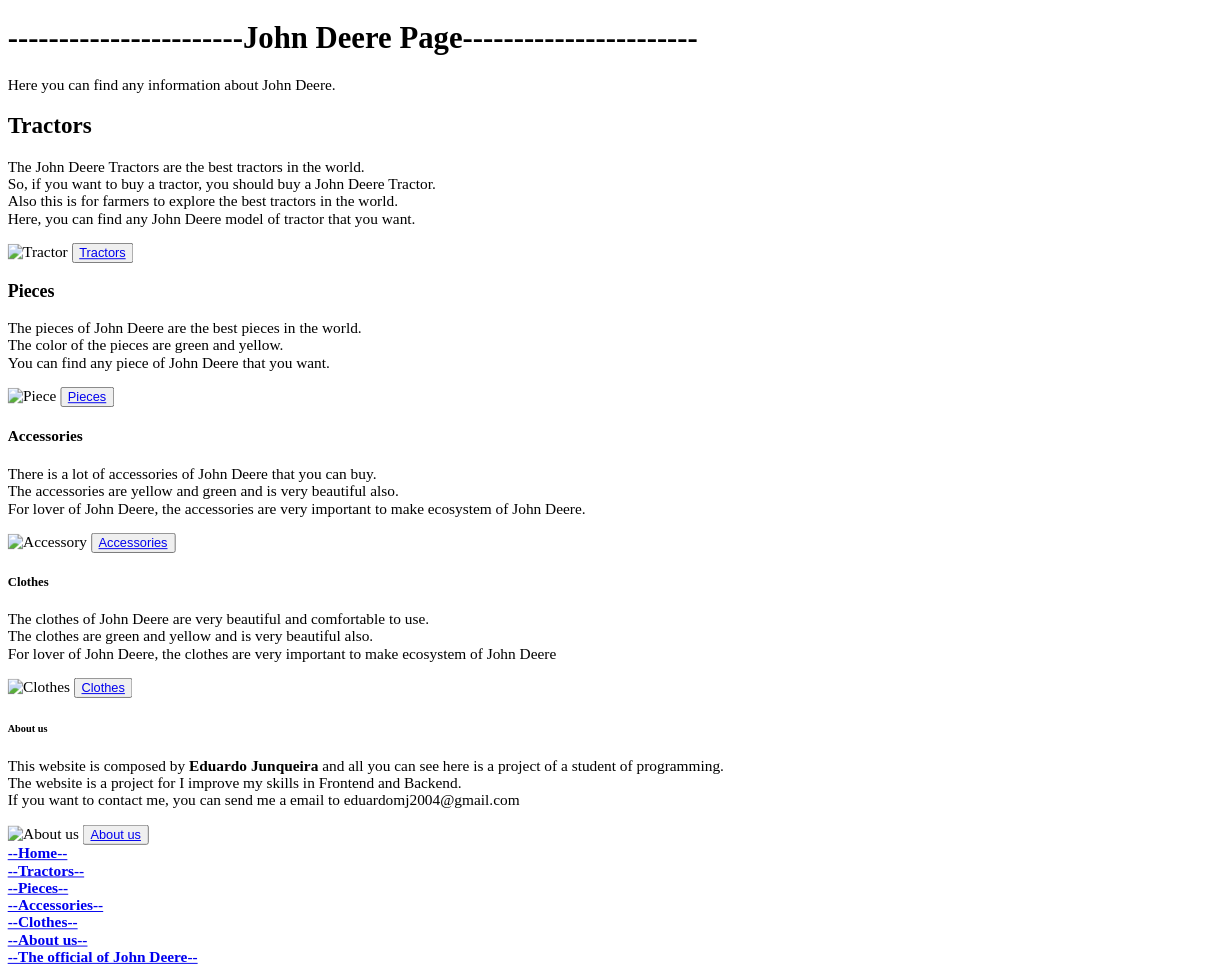
Repository: EduardoJunqueira2004/WEBJohnDeere
Page: HTML/index.html
An editor plug-in stored every save of this project. The page is shown before and after a run of saves, followed by the edit.
The browser window is 1280 px wide. The pictures show the whole page, at 96% of full size.

Above is the page before, as saved 2024-12-07 15:34:15.

### HTML/index.html
<!DOCTYPE html>
<!-- HTML5 default-->
<!--Language always in English-->
<html lang="en">
<head>
    <meta charset="UTF-8">
    <meta name="viewport" content="width=device-width, initial-scale=1.0">
    <!--Home Page of the WebSite-->
    <title>Index.html</title>
    <!--CSS file for styling the webpage -->
    <link rel="stylesheet" href="/CSS/index.css">
</head>
<body>
<main>

    <!--header1 titulo-->
    <h1>-----------------------<strong>John Deere Page</strong>-----------------------</h1>
    <p>
        Here you can find any information about John Deere.
    </p>
    <!--header2 subtitulo-->
<section>
    <h2><strong>Tractors</strong></h2>
    <p>
        The John Deere Tractors are the best tractors in the world.<br>
        So, if you want to buy a tractor, you should buy a John Deere Tractor.<br>
        Also this is for farmers to explore the best tractors in the world.<br>
        Here, you can find any John Deere  model of tractor that you want.
    </p>
    <img src="" alt="Tractor" width="50" height="50" >
    <button><a href="tractors.html">Tractors</a></button>
</section>
    <!--header3 subtitulo-->
    <h3><strong>Pieces</strong></h3>
    <p>
        The pieces of John Deere are the best pieces in the world.<br>
        The color of the pieces are green and yellow.<br>
        You can find any piece of John Deere that you want.
    </p>
    <img src="" alt="Piece" width="50" height="50">
    <button><a href="pieces.html">Pieces</a></button>
    <!--header4 subtitulo-->
    <h4><strong>Accessories</strong></h4>
    <p>
        There is a lot of accessories of John Deere that you can buy.<br>
        The accessories are yellow and green and is very beautiful also.<br>
        For lover of John Deere, the accessories are very important to make ecosystem of John Deere.
    </p>
    <img src="" alt="Accessory" width="50" height="50">
    <button><a href="accessories.html">Accessories</a></button>
    <!--header5 subtitulo-->
    <h5><strong>Clothes</strong></h5>
    <p>
        The clothes of John Deere are very beautiful and comfortable to use.<br>
        The clothes are green and yellow and is very beautiful also.<br>
        For lover of John Deere, the clothes are very important to make ecosystem of John Deere
    </p>
    <img src="" alt="Clothes" width="50" height="50">
    <button><a href="clothes.html">Clothes</a></button>
    <!--header6 subtitulo-->
    <h6><strong>About us</strong></h6>
    <p>
        This website is  composed by <strong>Eduardo Junqueira</strong> and all you can see here is a project of a student of programming.<br>
        The website is a project for I improve my skills in Frontend and Backend.<br>
        If you want to contact me, you can send me a email to eduardomj2004@gmail.com<br>
    </p>
    <img src="" alt="About us" width="50" height="50">
    <button><a href="aboutus.html">About us</a></button>
</main>
    <!--Final of the page footer-->
    <footer>
        <div id="block1">
        <a href="index.html"><strong>--Home--</strong></a>
        </div>
        <div id="block2">
        <a href="tractors.html"><strong>--Tractors--</strong></a>
        </div>
        <div id="block3">
        <a href="pieces.html"><strong>--Pieces--</strong></a>
        </div>
        <div id="block4">
        <a href="accessories.html"><strong>--Accessories--</strong></a>
        </div>
        <div id="block5">
        <a href="clothes.html"><strong>--Clothes--</strong></a>
        </div>
        <div id="block6">
        <a href="aboutus.html"><strong>--About us--</strong></a>
        </div>
        <a href="https://www.deere.com/en/"> <strong>--The official of John Deere--</strong></a>
    </footer>
</body>
</html>

Loaded but not shown: CSS/index.css (no copy from this time; the picture is the same without it)

After the next 2 saves:
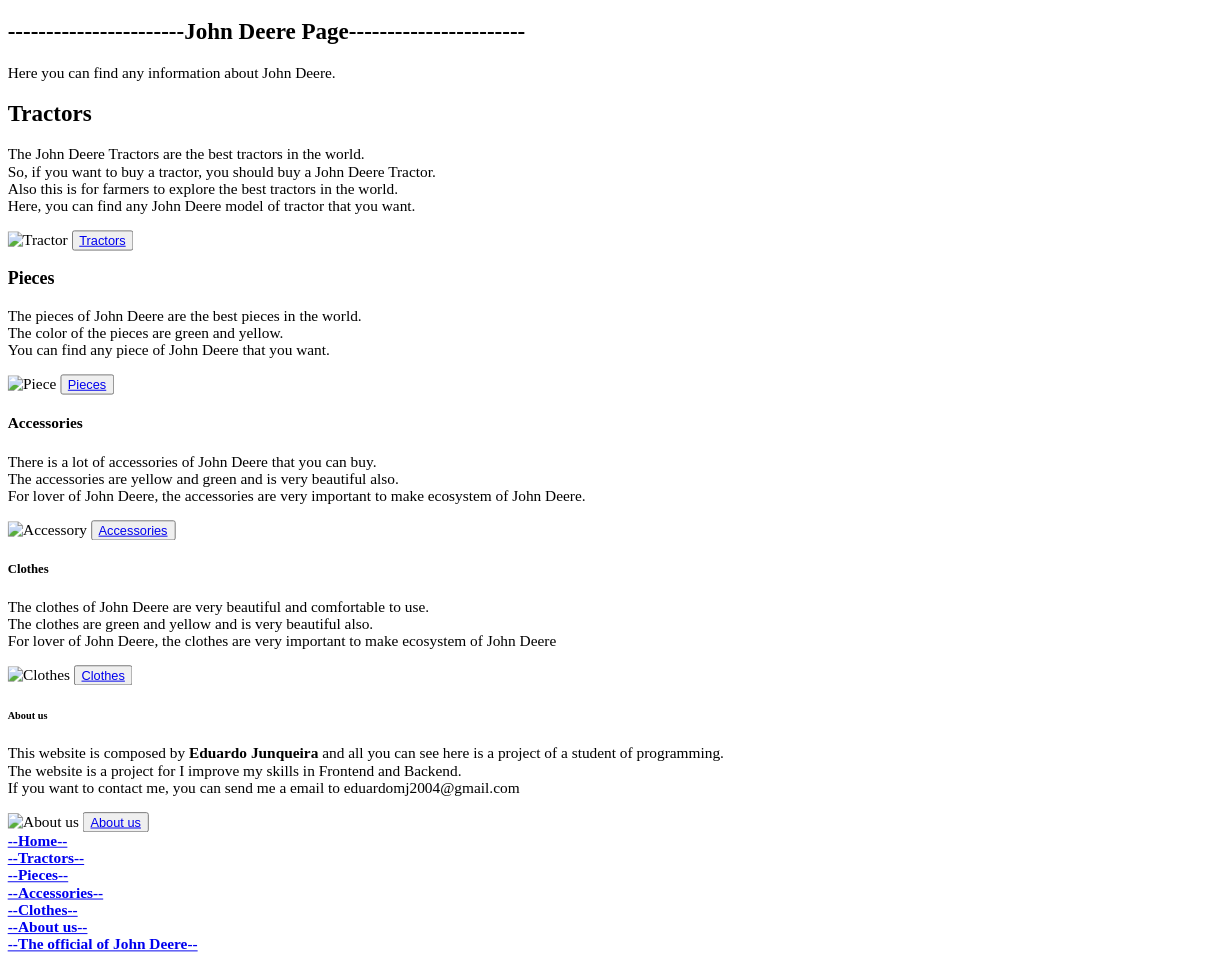
The 2 saves are shown as one change because they came seconds apart.
The last was saved 8 s later.
--- a/HTML/index.html
+++ b/HTML/index.html
@@ -12,13 +12,14 @@
 </head>
 <body>
 <main>
-
+<section>
     <!--header1 titulo-->
     <h1>-----------------------<strong>John Deere Page</strong>-----------------------</h1>
     <p>
         Here you can find any information about John Deere.
     </p>
     <!--header2 subtitulo-->
+
 <section>
     <h2><strong>Tractors</strong></h2>
     <p>
